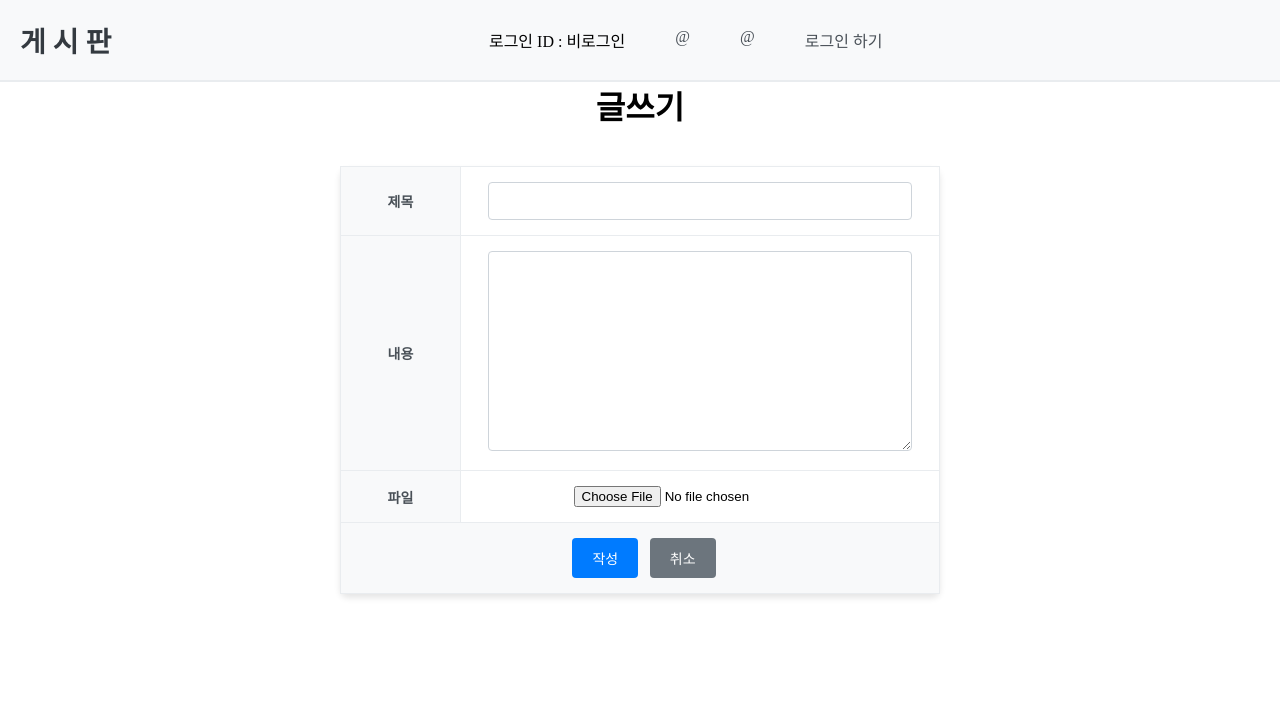
Repository: 1plus1equals3-true/Board-temp
Page: http://localhost/jsp/board/write.jsp
The author's editor kept a copy of each file at every save. The page is drawn from the files as they stood at one save, then again after the next save.
The browser window is 1280 px wide. The pictures show the whole page.
The page is served by Tomcat 9. Other server files are loaded and not shown.

Above is the page before, as saved 2025-09-15 07:07:01.

### jsp/src/main/webapp/board/write.jsp
<%@ page language="java" contentType="text/html; charset=UTF-8"
    pageEncoding="UTF-8"%>
<!DOCTYPE html>
<html>
<head>
<meta charset="UTF-8">
<title>쓰기</title>
<style>
*{
	margin: 0 auto;
	padding: 0;
	text-align: center;
	box-sizing: border-box;
}
.write-form table {
    width: 100%;
    border-collapse: collapse;
    font-size: 14px;
    margin: 20px auto;
    max-width: 600px;
    background-color: #fff;
    border: 1px solid #dee2e6;
    border-radius: 8px;
    box-shadow: 0 4px 6px rgba(0, 0, 0, 0.1);
}

.write-form td {
    padding: 15px;
    border: 1px solid #e9ecef;
}

.write-form td:first-child {
    background-color: #f8f9fa;
    font-weight: bold;
    color: #495057;
    text-align: center;
    width: 120px;
}

.write-form input[type="text"],
.write-form textarea {
    width: calc(100% - 24px);
    padding: 10px 12px;
    border: 1px solid #ced4da;
    border-radius: 4px;
    font-size: 14px;
    box-sizing: border-box;
    text-align: left;
}

.write-form textarea {
    height: 200px;
    resize: vertical;
}

.write-form .button-container {
    text-align: right;
}

.write-form input[type="submit"],
.write-form .btn-cancel {
    padding: 10px 20px;
    border: none;
    border-radius: 4px;
    font-size: 14px;
    cursor: pointer;
    transition: background-color 0.3s ease;
    margin-left: 8px;
}

.write-form input[type="submit"] {
    background-color: #007bff;
    color: white;
}

.write-form input[type="submit"]:hover {
    background-color: #0056b3;
}

.write-form .btn-cancel {
    background-color: #6c757d;
    color: white;
}

.write-form .btn-cancel:hover {
    background-color: #5a6268;
}

/* a 태그 안에 button을 넣었을 때 스타일 */
.write-form a {
    text-decoration: none;
}
</style>
</head>
<body>
<%@ include file="op_top.jsp" %>
<h1>글쓰기</h1><br>
<form action="write_proc.jsp" method="post" enctype="multipart/form-data" class="write-form">
	<table>
		<% if (login_id == null)  { login_id = ""; %>
		<% } %>
		<% if (login_id.equals("admin")) { %>
		<tr>
			<td>공지사항</td>
			<td><input type="checkbox" name="Noticemode"></td>
		</tr>
		<% } %>

		<tr>
			<td>제목</td>
			<td><input type="text" name="writetitle"></td>
		</tr>

		<tr>
			<td>내용</td>
			<td>
				<textarea class="text" name="writetext"></textarea>
			</td>
		</tr>

		<tr>
			<td>파일</td>
			<td><input type="file" name="upfile" accept=".gif, .jpg, .png"></td>
		</tr>

		<tr>
			<td colspan="2">
				<input type="submit" value="작성">
				<a href="list.jsp"><button type="button" class="btn-cancel">취소</button></a>
			</td>
		</tr>

	</table>
</form>

</body>
</html>

### jsp/src/main/webapp/board/op_top.jsp
<%@ page language="java" contentType="text/html; charset=UTF-8"
    pageEncoding="UTF-8"%>
<%
String login_id = "";
login_id = (String)session.getAttribute("ss_check");
%>

<style>
.board-header {
    background-color: #f8f9fa;
    border-bottom: 2px solid #e9ecef;
    padding: 20px;
    display: flex;
    justify-content: space-between;
    align-items: center;
    width: 100%;
    margin: 0 auto;
}

.board-header h1 {
    font-size: 28px;
    color: #343a40;
    margin: 0;
    font-weight: bold;
    text-align: left;
}

.board-header h1 a {
	font-size: 28px;
    color: #343a40;
    margin: 0;
    font-weight: bold;
    text-decoration: none;
}

.board-header nav ul {
    list-style: none;
    padding: 0;
    margin: 0;
    display: flex;
    gap: 50px;
    text-align: right;
}

.board-header nav li a {
    text-decoration: none;
    color: #495057;
    font-size: 16px;
    font-weight: 500;
    transition: color 0.3s ease;
}

.board-header nav li a:hover {
    color: #007bff;
}

/* 라이트 모드 (기본값) */
:root {
  --background-color: #ffffff;
  --text-color: #1a1a1a;
  --button-background-color: #f0f0f0;
}

</style>
<% if(login_id == null || login_id.equals("") || login_id.equals("null")) { %>
<header class="board-header">
    <h1><a href="../board_proc/main_proc.jsp">게 시 판</a></h1>
    <nav>
        <ul>
            <li>로그인 ID : 비로그인</li>
            <li><a href="#">@</a></li>
            <li><a href="#">@</a></li>
            <li><a href="../member/Login.jsp">로그인 하기</a></li>
        </ul>
    </nav>
</header>
<% }else { %>
<header class="board-header">
    <h1><a href="../board_proc/main_proc.jsp">게 시 판</a></h1>
    <nav>
        <ul>
            <li>로그인 ID : <%= login_id %></li>
            <li><a href="#">@</a></li>
            <li><a href="#">@</a></li>
            <li><a href="../member/Logout.jsp">로그아웃</a></li>
        </ul>
    </nav>
</header>
<% } %>

After the next save:
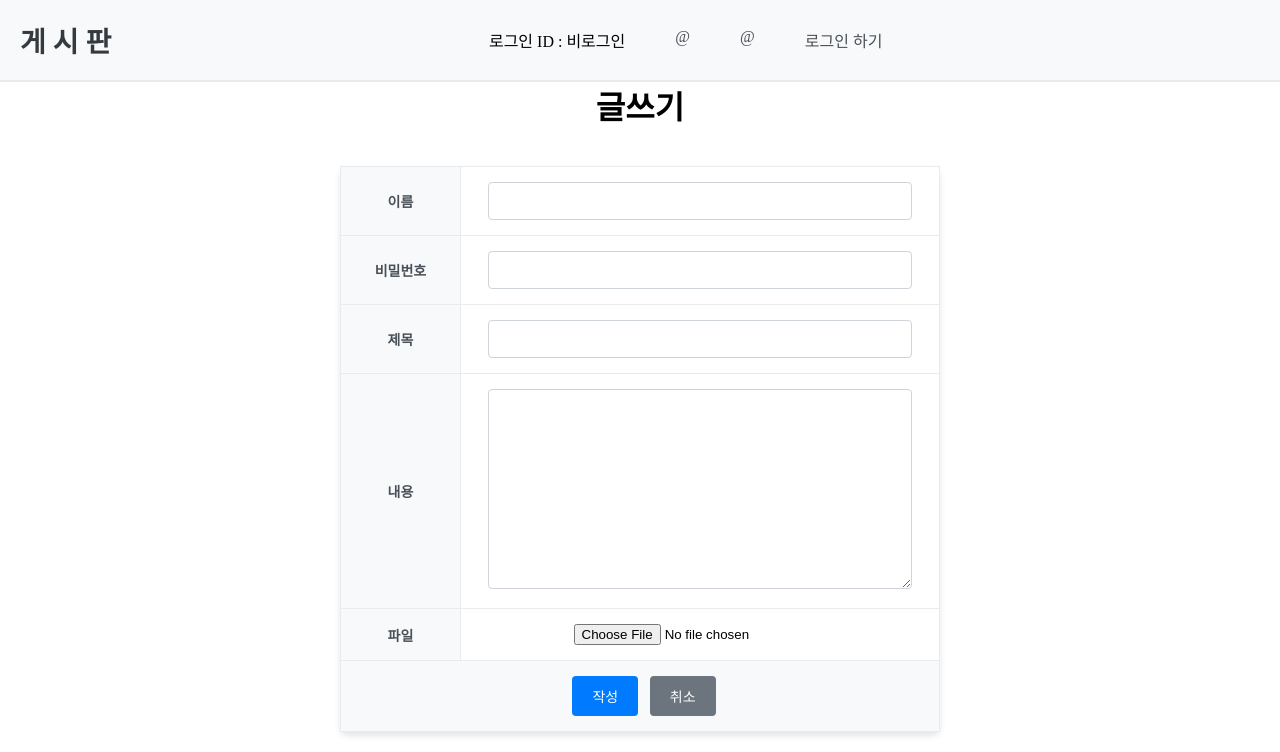
Saved 50 s later.
--- a/jsp/src/main/webapp/board/write.jsp
+++ b/jsp/src/main/webapp/board/write.jsp
@@ -98,6 +98,17 @@
 <form action="write_proc.jsp" method="post" enctype="multipart/form-data" class="write-form">
 	<table>
 		<% if (login_id == null)  { login_id = ""; %>
+
+		<tr>
+			<td>이름</td>
+			<td><input type="text" name="writename"></td>
+		</tr>
+
+		<tr>
+			<td>비밀번호</td>
+			<td><input type="text" name="writepwd"></td>
+		</tr>
+
 		<% } %>
 		<% if (login_id.equals("admin")) { %>
 		<tr>
